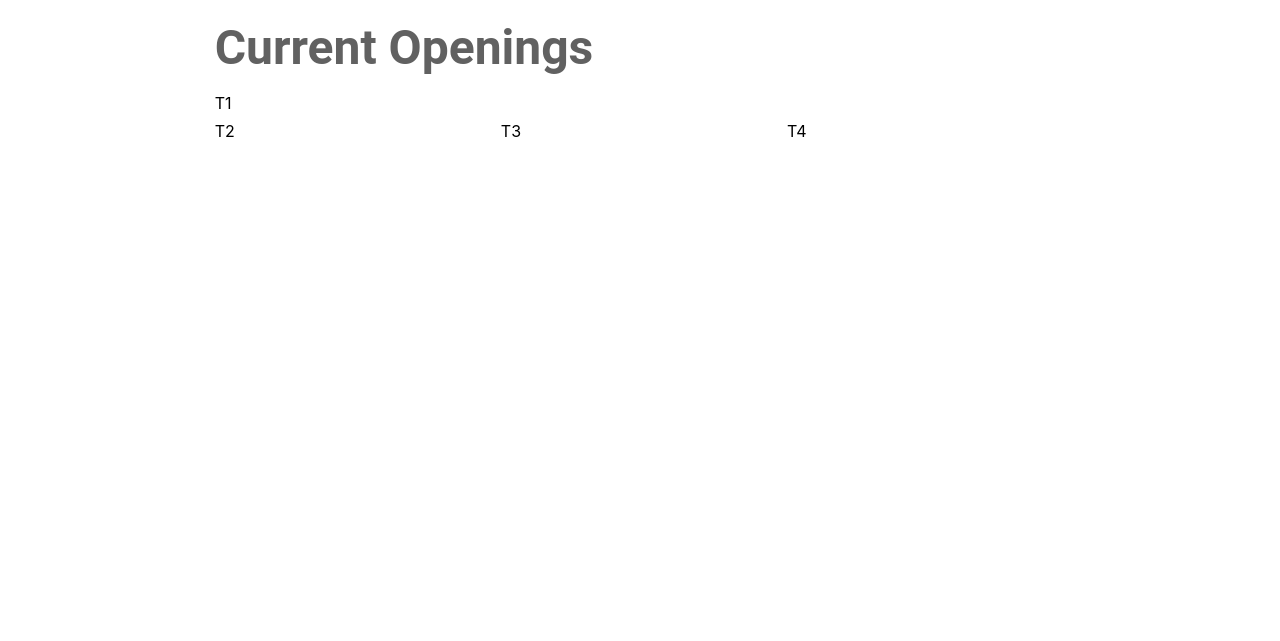
Repository: samihankuttan/technorix
Page: / (app in interview-test/)
The author's editor kept a copy of each file at every save. The page is drawn from the files as they stood at one save, then again after the next save.
The browser window is 1280 px wide. The pictures show the whole page.
The project was rebuilt for these pictures with package versions that can differ from the ones it lists, and the page was loaded fresh each time.

Above is the page before, as saved 2022-07-20 22:46:13.

After the next save:
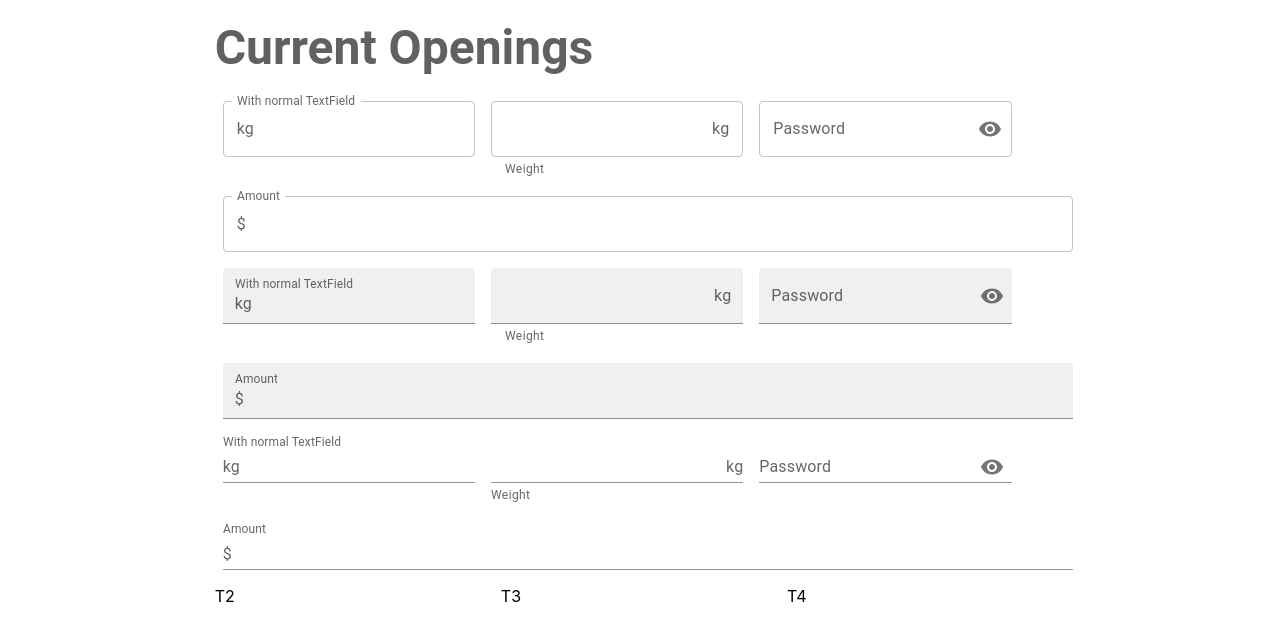
Saved 15 s later.
--- a/interview-test/src/App.js
+++ b/interview-test/src/App.js
@@ -1,5 +1,8 @@
 import './App.css';
 import {Box,Grid,Typography} from '@mui/material';
+
+
+import InputBox from './components/InputBox';
 
 function App() {
   return (
@@ -19,7 +22,7 @@ function App() {
 
             <Grid container spacing={1}>
               <Grid item xs={12} sm={12} md={12} lg={12}>
-T1
+               <InputBox/>
               </Grid>
               <Grid item xs={12} sm={12} md={12} lg={12}>
                 <Grid container spacing={1}>
